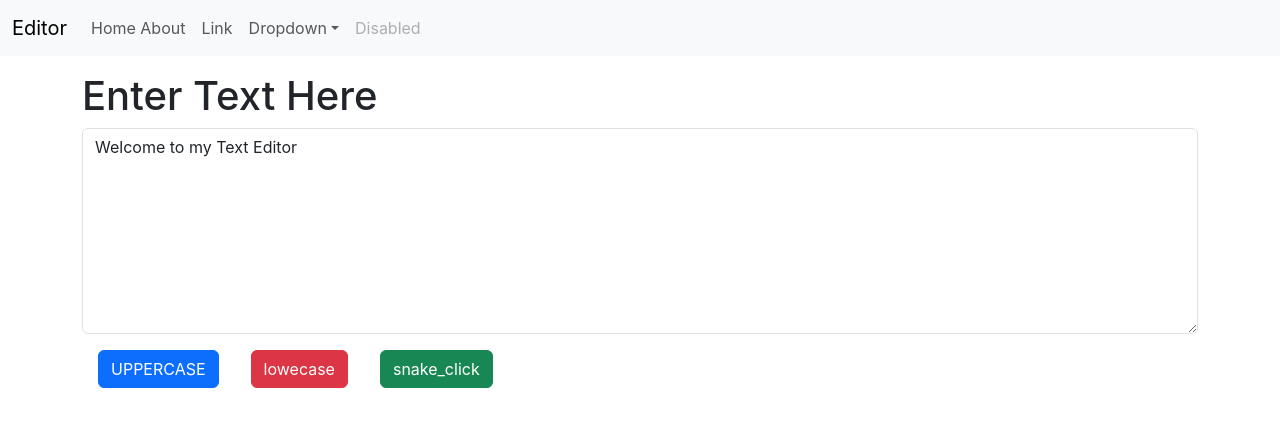
Repository: Shubham-tawar/Text-editor
Page: /
An editor plug-in stored every save of this project. The page is shown before and after a run of saves, followed by the edit.
The browser window is 1280 px wide. The pictures show the whole page.
The project was rebuilt for these pictures with package versions that can differ from the ones it lists, and the page was loaded fresh each time. Also part of the build but not shown: src/App.css.

Above is the page before, as saved 2025-07-05 22:32:15.

### public/index.html
<!DOCTYPE html>
<html lang="en">
  <head>
    <meta charset="utf-8" />
    <link rel="icon" href="%PUBLIC_URL%/favicon.ico" />
    <meta name="viewport" content="width=device-width, initial-scale=1" />
    <meta name="theme-color" content="#000000" />
    <meta
      name="description"
      content="Web site created using create-react-app"
    />
    <link rel="apple-touch-icon" href="%PUBLIC_URL%/logo192.png" />
    <!--
      manifest.json provides metadata used when your web app is installed on a
      user's mobile device or desktop. See https://developers.google.com/web/fundamentals/web-app-manifest/
    -->
    <link rel="manifest" href="%PUBLIC_URL%/manifest.json" />
    <!--
      Notice the use of %PUBLIC_URL% in the tags above.
      It will be replaced with the URL of the `public` folder during the build.
      Only files inside the `public` folder can be referenced from the HTML.

      Unlike "/favicon.ico" or "favicon.ico", "%PUBLIC_URL%/favicon.ico" will
      work correctly both with client-side routing and a non-root public URL.
      Learn how to configure a non-root public URL by running `npm run build`.
    -->
    <link href="https://cdn.jsdelivr.net/npm/bootstrap@5.3.7/dist/css/bootstrap.min.css" rel="stylesheet" integrity="sha384-LN+7fdVzj6u52u30Kp6M/trliBMCMKTyK833zpbD+pXdCLuTusPj697FH4R/5mcr" crossorigin="anonymous">
    <title>React App</title>
  </head>
  <body>
    <noscript>You need to enable JavaScript to run this app.</noscript>
    <div id="root"></div>
    <!--
      This HTML file is a template.
      If you open it directly in the browser, you will see an empty page.

      You can add webfonts, meta tags, or analytics to this file.
      The build step will place the bundled scripts into the <body> tag.

      To begin the development, run `npm start` or `yarn start`.
      To create a production bundle, use `npm run build` or `yarn build`.
    -->
    <script src="https://cdn.jsdelivr.net/npm/bootstrap@5.3.7/dist/js/bootstrap.bundle.min.js" integrity="sha384-ndDqU0Gzau9qJ1lfW4pNLlhNTkCfHzAVBReH9diLvGRem5+R9g2FzA8ZGN954O5Q" crossorigin="anonymous"></script>
  </body>
</html>

### src/App.js

import './App.css';
import Navbar from './components/Navbar';
import Textform from './components/Textform';

function App() {
  return (
    <>
    <Navbar title="Editor" aboutText="About"/>
    <Textform heading = "Enter Text Here"/>
    </>
  );
}

export default App;

### src/components/Navbar.js
import React from 'react'
import PropTypes from 'prop-types'
export default function Navbar(props) {
  return (
    <>
    <nav className="navbar navbar-expand-lg navbar-light bg-light">
        <div className="container-fluid">
            <a className="navbar-brand" href="/">{props.title}</a>
            <button className="navbar-toggler" type="button" data-toggle="collapse" data-target="#navbarSupportedContent" aria-controls="navbarSupportedContent" aria-expanded="false" aria-label="Toggle navigation">
                <span className="navbar-toggler-icon"></span>
            </button>

            <div className="collapse navbar-collapse" id="navbarSupportedContent">
                <ul className="navbar-nav mr-auto">
                <li className="nav-item active">
                    <a className="nav-link" href="/">Home <span className="sr-only">{props.aboutText}</span></a>
                </li>
                <li className="nav-item">
                    <a className="nav-link" href="/">Link</a>
                </li>
                <li className="nav-item dropdown">
                    <a className="nav-link dropdown-toggle" href="/" id="navbarDropdown" role="button" data-toggle="dropdown" aria-haspopup="true" aria-expanded="false">
                    Dropdown
                    </a>
                    <div className="dropdown-menu" aria-labelledby="navbarDropdown">
                    <a className="dropdown-item" href="/">Action</a>
                    <a className="dropdown-item" href="/">Another action</a>
                    <div className="dropdown-divider"></div>
                    <a className="dropdown-item" href="/">Something else here</a>
                    </div>
                </li>
                <li className="nav-item">
                    <a className="nav-link disabled" href="/">Disabled</a>
                </li>
                </ul>

            </div>
        </div>

    </nav>
    </>
  )
}

Navbar.propTypes = {
    title: PropTypes.string,
    aboutText: PropTypes.string
}

### src/components/Textform.js
import React, {useState} from 'react'
import PropTypes from 'prop-types'


export default function Textform(props) {
    const [text, setText] = useState("Welcome to my Text Editor");

    function handleUpClick(){
        console.log("Uppercase was clicked");
        let newText = text.toUpperCase();
        setText(newText);
    }

    function handleLowClick(){
        console.log("Lowercase was clicked");
        let newText = text.toLowerCase();
        setText(newText);
    }
    function handleSnakeClick(){
        let newText = text.replace(/\s+/g, '_').toLowerCase();
        setText(newText);
    }
    function handleKebabClick(){
        let newText = text.replace(/\s+/g, '-').toLowerCase();
        setText(newText);
    }
    function handleOnChange(event){  // able to change teh text in the textarea
        setText(event.target.value);
    }

    return (
        <>
        <form className='container my-3'>

            <div className="form-group">
                <h1>{props.heading}</h1>
                <textarea className="form-control" id="exampleFormControlTextarea1" onChange={handleOnChange} rows="8" value={text} placeholder='Text Area'></textarea>
            </div>
            <button type='button' className="btn btn-primary m-3" onClick={handleUpClick}>UPPERCASE</button>
            <button type='button' className="btn btn-danger m-3" onClick={handleLowClick}>lowecase</button>
            <button type='button' className="btn btn-success m-3" onClick={handleSnakeClick}>snake_click</button>
        </form>

        </>
    )
}

Textform.propTypes = {
    heading: PropTypes.string
}

Textform.defaultProps = {
    heading: "Enter Text Here"
}

Loaded but not shown: src/index.js (common file); src/index.css (common file); src/reportWebVitals.js (common file)

After the next 2 saves:
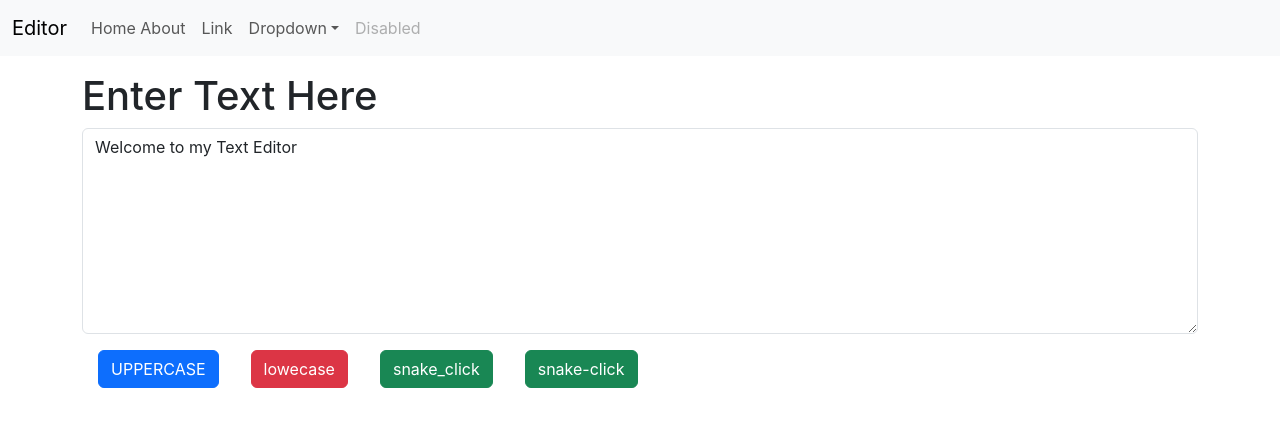
The 2 saves are shown as one change because they came seconds apart.
The last was saved 11 s later.
--- a/src/components/Textform.js
+++ b/src/components/Textform.js
@@ -39,6 +39,7 @@ export default function Textform(props) {
             <button type='button' className="btn btn-primary m-3" onClick={handleUpClick}>UPPERCASE</button>
             <button type='button' className="btn btn-danger m-3" onClick={handleLowClick}>lowecase</button>
             <button type='button' className="btn btn-success m-3" onClick={handleSnakeClick}>snake_click</button>
+            <button type='button' className="btn btn-success m-3" onClick={handleSnakeClick}>snake-click</button>
         </form>
 
         </>
